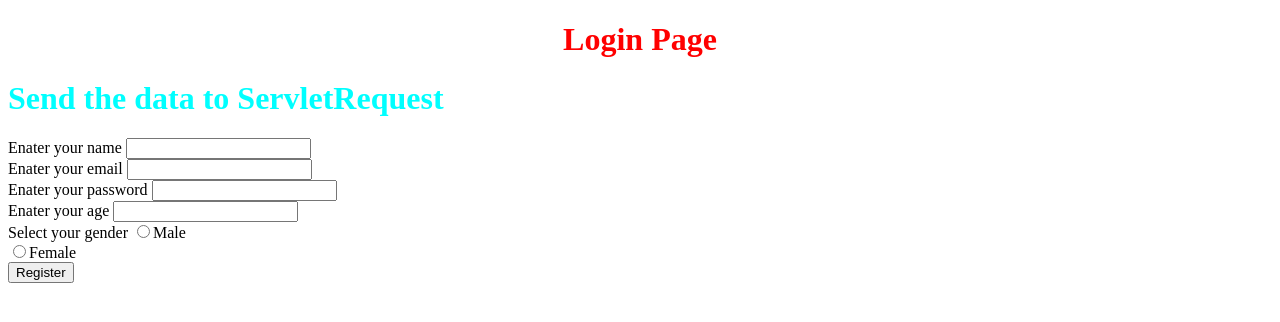
Repository: Somanath-Singh/Spring-Framework-By-Qspide
Page: http://localhost/SpringMVC-Proj01/register.jsp
These files come from the project's save history. The page is drawn as it stood at one moment and after the next save; the edit follows.
The browser window is 1280 px wide. The pictures show the whole page.
The page is served by Tomcat 10. Other server files are loaded and not shown.

Above is the page before, as saved 2025-02-17 05:38:07.

### SpringMVC-Proj01/src/main/webapp/register.jsp
<%@ page language="java" contentType="text/html; charset=UTF-8"
	pageEncoding="UTF-8"%>
<!DOCTYPE html>
<html>
<head>
<meta charset="UTF-8">
<title>Insert title here</title>
</head>
<body>

	<h1 style="color: red; text-align: center;">Login Page</h1>

	<h1 style="color: cyan; text-align: left;">Send the data to
		ServletRequest</h1>
	<form action="./register" method="POST">
		<label>Enater your name</label> <input type="text" name="name"><br>
		<label>Enater your email</label> <input type="email" name="email"><br>
		<label>Enater your password</label> <input type="password"
			name="password"><br> <label>Enater your age</label> <input
			type="number" name="age"><br> <label>Select your
			gender</label> <input type="radio" name="gender" value="Male">Male<br>
		<input type="radio" name="gender" value="Female">Female<br>
		<button>Register</button>
	</form>
</body>
</html>

After the next save:
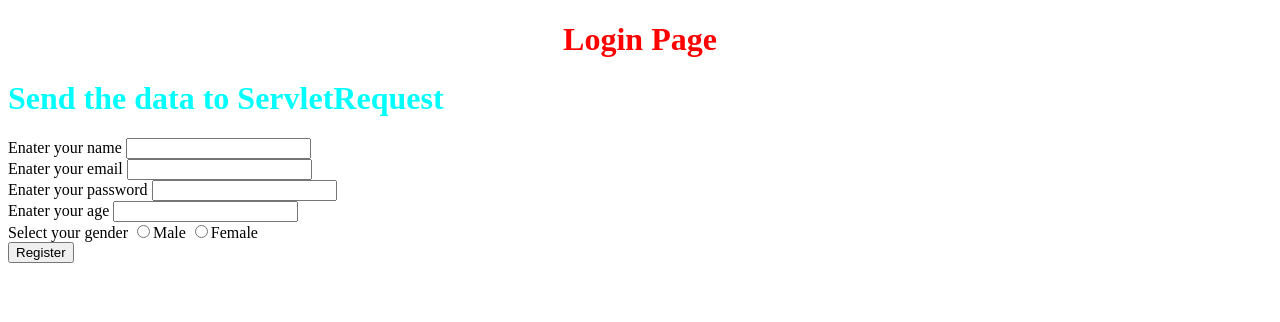
Saved 25 s later.
--- a/SpringMVC-Proj01/src/main/webapp/register.jsp
+++ b/SpringMVC-Proj01/src/main/webapp/register.jsp
@@ -18,8 +18,8 @@
 		<label>Enater your password</label> <input type="password"
 			name="password"><br> <label>Enater your age</label> <input
 			type="number" name="age"><br> <label>Select your
-			gender</label> <input type="radio" name="gender" value="Male">Male<br>
-		<input type="radio" name="gender" value="Female">Female<br>
+			gender</label> <input type="radio" name="gender" value="Male">Male <input
+			type="radio" name="gender" value="Female">Female<br>
 		<button>Register</button>
 	</form>
 </body>
